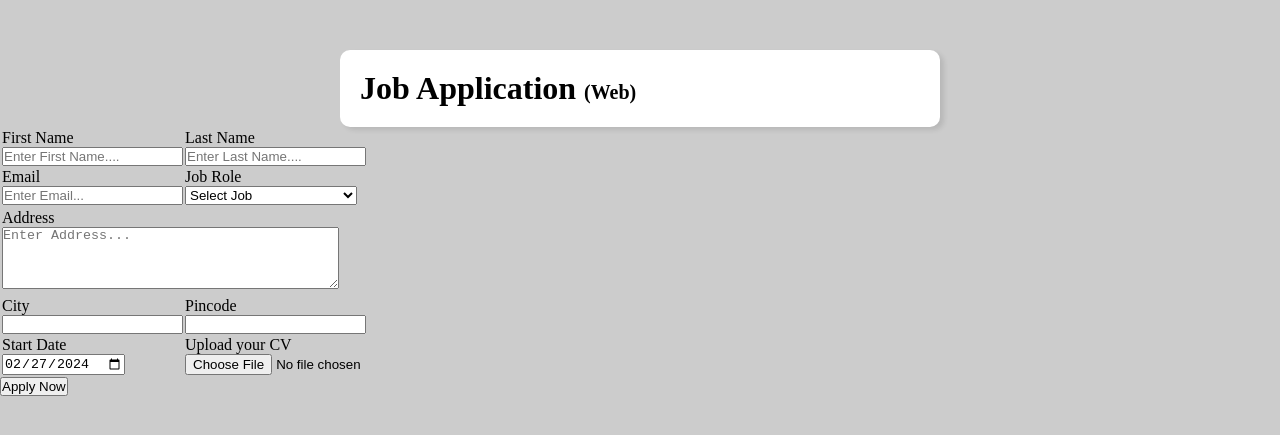
Repository: diensy/JOB-APPLICATION
Page: index.html
The author's editor kept a copy of each file at every save. The page is drawn from the files as they stood at one save, then again after the next save.
The browser window is 1280 px wide. The pictures show the whole page.

Above is the page before, as saved 2024-02-27 20:26:06.

### index.html
<!DOCTYPE html>
<html lang="en">
  <head>
    <meta charset="UTF-8" />
    <meta name="viewport" content="width=device-width, initial-scale=1.0" />
    <title>Job Application Form</title>
    <link rel="stylesheet" href="Job_Application.css" />
  </head>
  <body>
    <div class="container">
      <div class="apply">
        <h1>Job Application <span class="web">(Web)</span></h1>
      </div>
    </div>
    <form action="">
      <table>
        <tr>
          <td>
            <label for="first">First Name</label>
            <br />
            <input type="text" id="first" placeholder="Enter First Name...." />
          </td>
          <td>
            <label for="last">Last Name</label>
            <br />
            <input type="text" id="last" placeholder="Enter Last Name...." />
          </td>
        </tr>
        <tr>
          <td>
            <label for="Email">Email</label>
            <br />
            <input type="email" id="Email" placeholder="Enter Email..." />
          </td>
          <td>
            <label for="Job">Job Role</label>
            <br />
            <select name="JobRole" id="Job">
              <option value="Select Job">Select Job</option>
              <option value="JAVA">JAVA DEVELOPER</option>
              <option value="WEB">WEB DEVELOPER</option>
              <option value="BACKEND">BACKEND DEVELOPER</option>
              <option value="MERN DEVELOPER">MERN DEVELOPER</option>
            </select>
          </td>
        </tr>
      </table>
      <table>
        <tr>
          <td>
            <label for="address">Address</label>
            <br />
            <textarea
              name="Address"
              id="address"
              cols="40"
              rows="4"
              placeholder="Enter Address..."
            ></textarea>
          </td>
        </tr>
      </table>
      <table>
        <tr>
          <td>
            <label for="city">City</label>
            <br />
            <input type="text" id="city" />
          </td>
          <td>
            <label for="pin">Pincode</label>
            <br />
            <input type="text" id="pin" />
          </td>
        </tr>
        <tr>
          <td>
            <label for="date">Start Date</label>
            <br />
            <input value="2024-02-27" type="date" name="date" id="date" />
          </td>
          <td>
            <label for="file">Upload your CV</label>
            <br />
            <input type="file" id="file" />
          </td>
        </tr>
      </table>
    </form>
    <button class="applybutton" type="submit">Apply Now</button>
  </body>
</html>

### Job_Application.css
* {
  margin: 0;
  padding: 0;
  box-sizing: border-box;
}
body {
  background-color: #ccc;
}
.apply {
  max-width: 600px;
  padding: 20px;
  background-color: white;
  margin: 0 auto;
  margin-top: 50px;
  box-shadow: 4px 3px 5px rgb(1, 1, 1, 0.1);
  border-radius: 10px;
}
.web {
  font-size: 20px;
}
.applybutton {
}

After the next save:
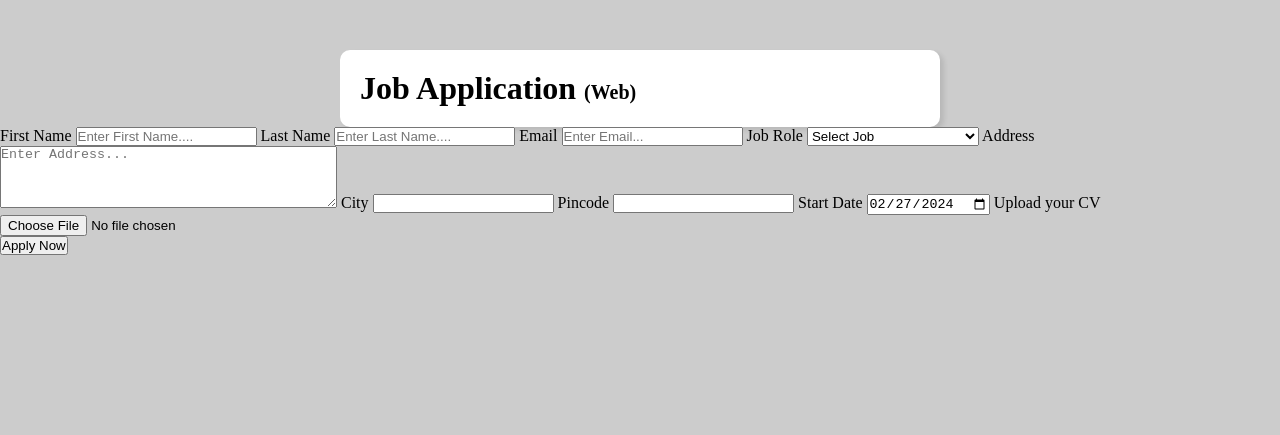
Saved 3 min 27 s later.
--- a/index.html
+++ b/index.html
@@ -13,79 +13,53 @@
       </div>
     </div>
     <form action="">
-      <table>
-        <tr>
-          <td>
-            <label for="first">First Name</label>
-            <br />
-            <input type="text" id="first" placeholder="Enter First Name...." />
-          </td>
-          <td>
-            <label for="last">Last Name</label>
-            <br />
-            <input type="text" id="last" placeholder="Enter Last Name...." />
-          </td>
-        </tr>
-        <tr>
-          <td>
-            <label for="Email">Email</label>
-            <br />
-            <input type="email" id="Email" placeholder="Enter Email..." />
-          </td>
-          <td>
-            <label for="Job">Job Role</label>
-            <br />
-            <select name="JobRole" id="Job">
-              <option value="Select Job">Select Job</option>
-              <option value="JAVA">JAVA DEVELOPER</option>
-              <option value="WEB">WEB DEVELOPER</option>
-              <option value="BACKEND">BACKEND DEVELOPER</option>
-              <option value="MERN DEVELOPER">MERN DEVELOPER</option>
-            </select>
-          </td>
-        </tr>
-      </table>
-      <table>
-        <tr>
-          <td>
-            <label for="address">Address</label>
-            <br />
-            <textarea
-              name="Address"
-              id="address"
-              cols="40"
-              rows="4"
-              placeholder="Enter Address..."
-            ></textarea>
-          </td>
-        </tr>
-      </table>
-      <table>
-        <tr>
-          <td>
-            <label for="city">City</label>
-            <br />
-            <input type="text" id="city" />
-          </td>
-          <td>
-            <label for="pin">Pincode</label>
-            <br />
-            <input type="text" id="pin" />
-          </td>
-        </tr>
-        <tr>
-          <td>
-            <label for="date">Start Date</label>
-            <br />
-            <input value="2024-02-27" type="date" name="date" id="date" />
-          </td>
-          <td>
-            <label for="file">Upload your CV</label>
-            <br />
-            <input type="file" id="file" />
-          </td>
-        </tr>
-      </table>
+      <label for="first">First Name</label>
+
+      <input type="text" id="first" placeholder="Enter First Name...." />
+
+      <label for="last">Last Name</label>
+
+      <input type="text" id="last" placeholder="Enter Last Name...." />
+
+      <label for="Email">Email</label>
+
+      <input type="email" id="Email" placeholder="Enter Email..." />
+
+      <label for="Job">Job Role</label>
+
+      <select name="JobRole" id="Job">
+        <option value="Select Job">Select Job</option>
+        <option value="JAVA">JAVA DEVELOPER</option>
+        <option value="WEB">WEB DEVELOPER</option>
+        <option value="BACKEND">BACKEND DEVELOPER</option>
+        <option value="MERN DEVELOPER">MERN DEVELOPER</option>
+      </select>
+
+      <label for="address">Address</label>
+
+      <textarea
+        name="Address"
+        id="address"
+        cols="40"
+        rows="4"
+        placeholder="Enter Address..."
+      ></textarea>
+
+      <label for="city">City</label>
+
+      <input type="text" id="city" />
+
+      <label for="pin">Pincode</label>
+
+      <input type="text" id="pin" />
+
+      <label for="date">Start Date</label>
+
+      <input value="2024-02-27" type="date" name="date" id="date" />
+
+      <label for="file">Upload your CV</label>
+
+      <input type="file" id="file" />
     </form>
     <button class="applybutton" type="submit">Apply Now</button>
   </body>
